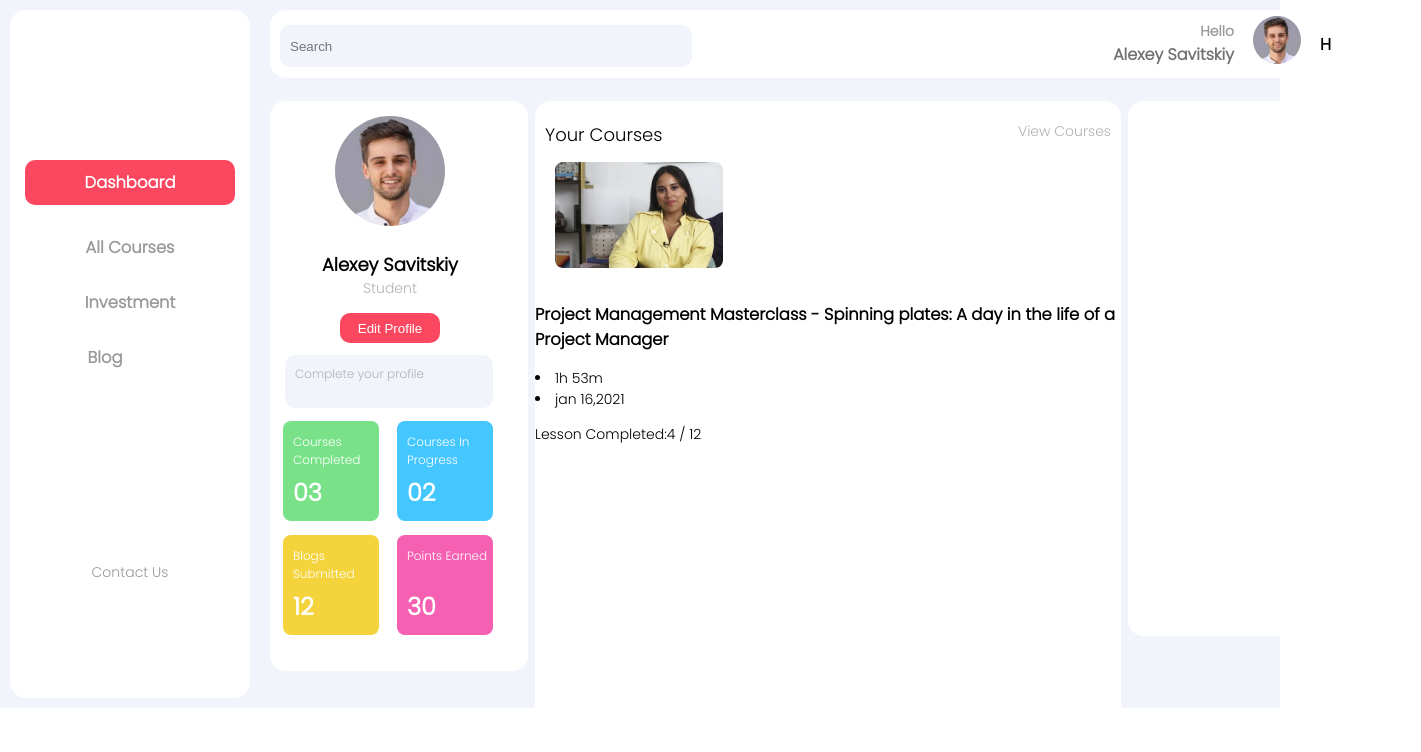
Repository: Anuruddha00/dashboard-design
Page: /
The author's editor kept a copy of each file at every save. The page is drawn from the files as they stood at one save, then again after the next save.
The browser window is 1280 px wide. The page is 1421 px wide, so the pictures cover 1421 px, including what lies to the right of the window. The pictures show the whole page.
The project was rebuilt for these pictures with package versions that can differ from the ones it lists, and the page was loaded fresh each time.

Above is the page before, as saved 2021-05-07 19:31:39.

### public/index.html
<!DOCTYPE html>
<html lang="en">
  <head>
    <meta charset="utf-8" />
    <link rel="icon" href="%PUBLIC_URL%/favicon.ico" />
    <meta name="viewport" content="width=device-width, initial-scale=1" />
    <meta name="theme-color" content="#000000" />
    <meta
      name="description"
      content="Web site created using create-react-app"
    />
    <link rel="apple-touch-icon" href="%PUBLIC_URL%/logo192.png" />

    <link rel="preconnect" href="https://fonts.gstatic.com">
    <link href="https://fonts.googleapis.com/css2?family=Poppins:wght@300&display=swap" rel="stylesheet">

    <!--
      manifest.json provides metadata used when your web app is installed on a
      user's mobile device or desktop. See https://developers.google.com/web/fundamentals/web-app-manifest/
    -->
    <link rel="manifest" href="%PUBLIC_URL%/manifest.json" />
    <!--
      Notice the use of %PUBLIC_URL% in the tags above.
      It will be replaced with the URL of the `public` folder during the build.
      Only files inside the `public` folder can be referenced from the HTML.

      Unlike "/favicon.ico" or "favicon.ico", "%PUBLIC_URL%/favicon.ico" will
      work correctly both with client-side routing and a non-root public URL.
      Learn how to configure a non-root public URL by running `npm run build`.
    -->
    <title>React App</title>
  </head>
  <body>
    <noscript>You need to enable JavaScript to run this app.</noscript>
    <div id="root"></div>
    <!--
      This HTML file is a template.
      If you open it directly in the browser, you will see an empty page.

      You can add webfonts, meta tags, or analytics to this file.
      The build step will place the bundled scripts into the <body> tag.

      To begin the development, run `npm start` or `yarn start`.
      To create a production bundle, use `npm run build` or `yarn build`.
    -->
  </body>
</html>

### src/index.js
import React from 'react';
import ReactDOM from 'react-dom';
import Dashboard from './containers/Dashboard/Dashboard';
import reportWebVitals from './reportWebVitals';

ReactDOM.render(
  <React.StrictMode>
    <Dashboard />
  </React.StrictMode>,
  document.getElementById('root')
);

// If you want to start measuring performance in your app, pass a function
// to log results (for example: reportWebVitals(console.log))
// or send to an analytics endpoint. Learn more: https://bit.ly/CRA-vitals
reportWebVitals();

### src/containers/Dashboard/Dashboard.js
import React from 'react';
import './Dashboard.scss';

const dashboard = () =>{

    return(
        <div className='container'>
            <div className='dashboard'>
                <div className='dashboardSideBar'>
                   <div className='dashboardSideBarTitle'>
                        <h3 className='dashboardSideBarTitleDashboard'>Dashboard</h3>
                        <h3 className='dashboardSideBarTitleCourses'>All Courses</h3>
                        <h3 className='dashboardSideBarTitleInvestment'>Investment</h3>
                        <h3 className='dashboardSideBarTitleBlog'>Blog</h3>
                   </div>
                   <div className='dashboardSideBarContact'>
                        <p>Contact Us</p>
                   </div>
                </div>
                <div className='dashboardMenu'>
                    <section className='content'>
                        <nav className='contentNavbar'>
                            <div className='contentNavbarSearch'>
                                <form>
                                    <input type='text' placeholder='Search'/>
                                </form>
                            </div>
                            <div className='contentNavbarProfile'>
                                <div className='contentNavbarProfileName'>
                                    <h3>Hello</h3>
                                    <h2>Alexey Savitskiy</h2>
                                </div>
                                <img src='./assets/Image 9.png'/>
                                <h1>H</h1>
                            </div>
                        </nav>

                        <div className='contentBody'>
                            <section className='details'>
                                <div className='detailsAbout'>
                                    <div className='detailsAboutProfile'>
                                        <img src='./assets/Image 12.png'/>
                                        <h3>Alexey Savitskiy</h3>
                                        <p>Student</p>
                                        <button>Edit Profile</button>
                                    </div>
                                    <div className='detailsAboutComplete'>
                                        <p>Complete your profile</p>
                                    </div>
                                    <div className='detailsAboutProgress'>
                                        <div className='detailsAboutProgressCompleted'>
                                            <p>Courses Completed</p>
                                            <h1>03</h1>
                                        </div>
                                        <div className='detailsAboutProgressContinue'>
                                            <p>Courses In Progress</p>
                                            <h1>02</h1>
                                        </div>
                                        <div className='detailsAboutProgressBlogs'>
                                            <p>Blogs Submitted</p>
                                            <h1>12</h1>
                                        </div>
                                        <div className='detailsAboutProgressPoints'>
                                            <p>Points Earned</p>
                                            <h1>30</h1>
                                        </div>
                                    </div>
                                </div>
                            </section>

                            <section className='view'>
                                <section className='courses'>
                                    <nav className='coursesNavbar'>
                                      <li className='coursesNavbarTitle'>Your Courses</li>
                                      <li className='coursesNavbarView'>View Courses</li>
                                    </nav>
                                    <div className='courses'>
                                        <div className='courses'>
                                            <div>
                                                <img src='./assets/Image 15.png'/>
                                            </div>
                                            <div>
                                                <h3>Project Management Masterclass - Spinning plates: A day in the life of a Project Manager</h3>
                                                <div>
                                                    <li>1h 53m</li>
                                                    <li>jan 16,2021</li>
                                                </div>
                                                <p>Lesson Completed:4 / 12</p>
                                            </div>
                                        </div>
                                        <div>
                                            <div>
                                                <h3>Project Management Masterclass - Spinning plates: A day in the life of a Project Manager</h3>
                                                <div>
                                                    <li>1h 53m</li>
                                                    <li>jan 16,2021</li>
                                                </div>
                                                <p>Lesson Completed:4 / 12</p>
                                            </div>
                                        </div>
                                    </div>
                                </section>
                                <section className='blog'>

                                </section>
                            </section>

                            <section className='notification'>
                                <div className='notificationBar'>

                                </div>
                            </section>
                        </div>
                   </section>
                </div>
            </div>
        </div>
    )

}
export default dashboard;

### src/containers/Dashboard/Dashboard.scss

body{
    margin: 0;
    padding: 0;
    font-size: 0.875rem;
    font-family: 'Poppins', sans-serif;

}

.container{
    background: #f1f5fb;
    height: 100%;
    width: 100%;

    .dashboard{
        display: grid;
        grid-template-columns: 1fr 1fr;

        &SideBar{
            grid-column: 1;
            grid-row: 1 / 6;
            border-radius: 16px;
            background: #ffffff;
            margin: 10px;
            height: 688px;
            width: 240px;

            &Title{
                margin-top: 150px;
                font-size: 14px;

                &Dashboard{
                    background:#fc4760;
                    border-radius: 10px;
                    text-align: center;
                    padding: 10px 10px 10px 10px;
                    margin: 10px 15px 10px 15px;
                    color: #ffffff;

                }
                &Courses{
                    text-align: center;
                    margin-top: 30px;
                    color: #9a9999;
                }
                &Investment{
                    text-align: center;
                    margin-top: 30px;
                    color: #9a9999;
                }
                &Blog{
                    text-align: center;
                    margin-top: 30px;
                    margin-right: 50px;
                    color: #9a9999;
                }
            }
            &Contact{
                margin-top: 80%;

                p{
                    text-align: center;
                    color: #9a9999;
                    font-size: 14px;
                }

            }
        }
        &Menu{
            grid-column: 2;
            grid-row: 1 / 6;
            margin: 10px;

            .content{
                display: grid;
                grid-template-rows:1fr 7fr ;
                gap:10px;

                &Navbar{
                    display: flex;
                    justify-content: space-between;
                    background: #ffffff;
                    border-radius: 16px;
                    height: 68px;
                    width: 1151px;

                    &Search{

                        input{
                            background: #f1f5fb;
                            border-style: none;
                            padding-left: 10px;
                            width: 400px;
                            height: 40px;
                            margin: 15px 0 0 10px;
                            border-radius: 10px;

                        }
                    }
                    &Profile{
                        display: flex;
                        flex-direction: row;
                        gap: 1em;
                        margin-right: 90px;
                        align-items: center;
                        height: 68px;

                        &Name{
                            text-align: end;
                            margin-top: 0;

                            h3{
                                color: #9a9999;
                                margin: 0;
                                font-size: 14px;
                            }
                            h2{
                                margin: 0;
                                font-size: 16px;
                                color: #707070;
                            }
                        }
                    }
                }
                &Body{
                    display: grid;
                    grid-template-columns: 1fr 1fr 1fr;
                    position: relative;

                    .details{
                        border-radius: 16px;
                        background: #ffffff;


                        &About{
                            height:555px;
                            width: 240px;

                            &Profile{
                                text-align: center;
                                margin-top: 15px;


                                h3{
                                    font-size: 18px;
                                    margin: 0;
                                }
                                p{
                                    color: #b0b2b5;
                                    margin-top: 0;
                                }
                                button{
                                    border-style: none;
                                    border-radius: 10px;
                                    width: 100px;
                                    height: 30px;
                                    color: #ffffff;
                                    background: #fc4760;

                                }
                            }
                            &Complete{
                                background: #f1f5fb;
                                border-radius: 10px;
                                color: #b0b2b5;
                                height: 53px;
                                width: 208px;
                                font-size: 12px;
                                margin-left: 15px;

                                p{
                                    padding-left: 10px;
                                    padding-top: 10px;
                                }
                            }
                            &Progress{
                                display: grid;
                                grid-template-columns: 1fr 1fr;
                                margin: 13px;
                                gap: 1em;
                                color: #ffffff;

                                p{
                                    font-size: 12px;
                                    padding-left: 10px;
                                }


                                &Completed{
                                    background: #79e289;
                                    border-radius: 8px;
                                    width: 96px;
                                    height: 100px;
                                    position: relative;

                                    h1{
                                        font-size: 24px;
                                        position: absolute;
                                        left: 10px;
                                        top: 30px;
                                    }

                                }
                                &Continue{
                                    background:  #44c6ff;
                                    border-radius: 8px;
                                    width: 96px;
                                    height: 100px;
                                    position: relative;

                                    h1{
                                        font-size: 24px;
                                        position: absolute;
                                        left: 10px;
                                        top: 30px;
                                    }

                                }
                                &Blogs{
                                    background:  #f4d33d;
                                    border-radius: 8px;
                                    width: 96px;
                                    height: 100px;
                                    position: relative;

                                    h1{
                                        font-size: 24px;
                                        position: absolute;
                                        left: 10px;
                                        top: 30px;
                                    }
                                }
                                &Points{
                                    background: #f560b2;
                                    border-radius: 8px;
                                    width: 96px;
                                    height: 100px;
                                    position: relative;

                                    h1{
                                        font-size: 24px;
                                        position: absolute;
                                        left: 10px;
                                        top: 30px;
                                    }
                                }
                            }
                        }
                    }
                    .view{
                        margin-left: 7px;

                        .courses{
                            width: 586px;
                            height: 372px;
                            border-radius: 16px;
                            background: #ffffff;
                            position: relative;

                            &Navbar{
                                list-style: none;
                                display: flex;
                                justify-content: space-between;

                                &Title{
                                    font-size: 18px;
                                    font-weight: 500px;
                                    padding: 20px 0 0 10px;
                                }
                                &View{
                                    color: #b0b2b5;
                                    font-size: 14px;
                                    padding: 20px 10px;
                                }
                            }

                        }

                        .blog{
                            width: 586px;
                            height: 272px;
                            border-radius: 16px;
                            background: #ffffff;
                            margin-top: 7px;
                            position: absolute;

                        }
                    }
                    .notification{
                        margin-left: 7px;

                        &Bar{
                            background: #ffffff;
                            width: 293px;
                            height: 535px;
                            border-radius: 16px;
                        }
                    }
                }
            }
        }
    }
}

Loaded but not shown: src/reportWebVitals.js (common file)

After the next save:
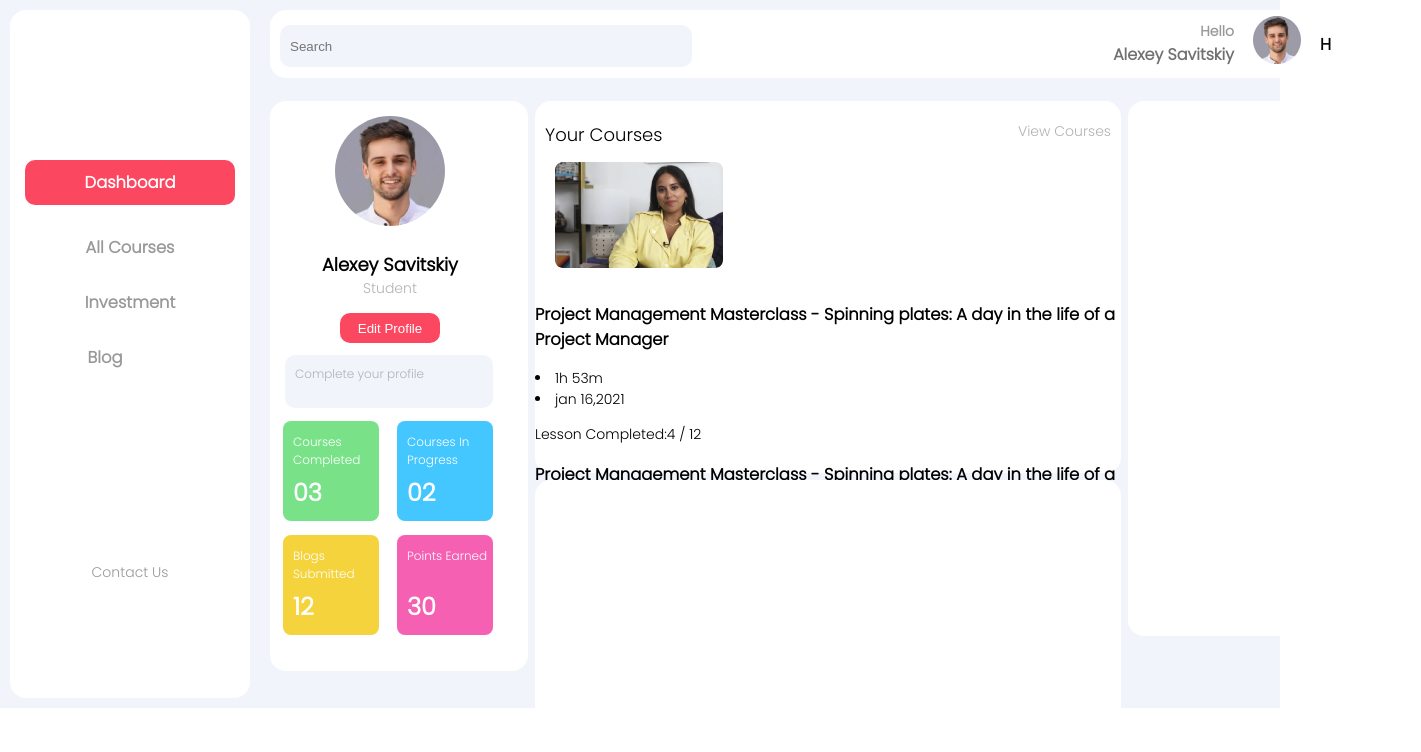
Saved 12 min 46 s later.
--- a/src/containers/Dashboard/Dashboard.js
+++ b/src/containers/Dashboard/Dashboard.js
@@ -74,8 +74,8 @@ const dashboard = () =>{
                                       <li className='coursesNavbarTitle'>Your Courses</li>
                                       <li className='coursesNavbarView'>View Courses</li>
                                     </nav>
-                                    <div className='courses'>
-                                        <div className='courses'>
+                                    <div className='courseList'>
+                                        <div className='courseList'>
                                             <div>
                                                 <img src='./assets/Image 15.png'/>
                                             </div>
